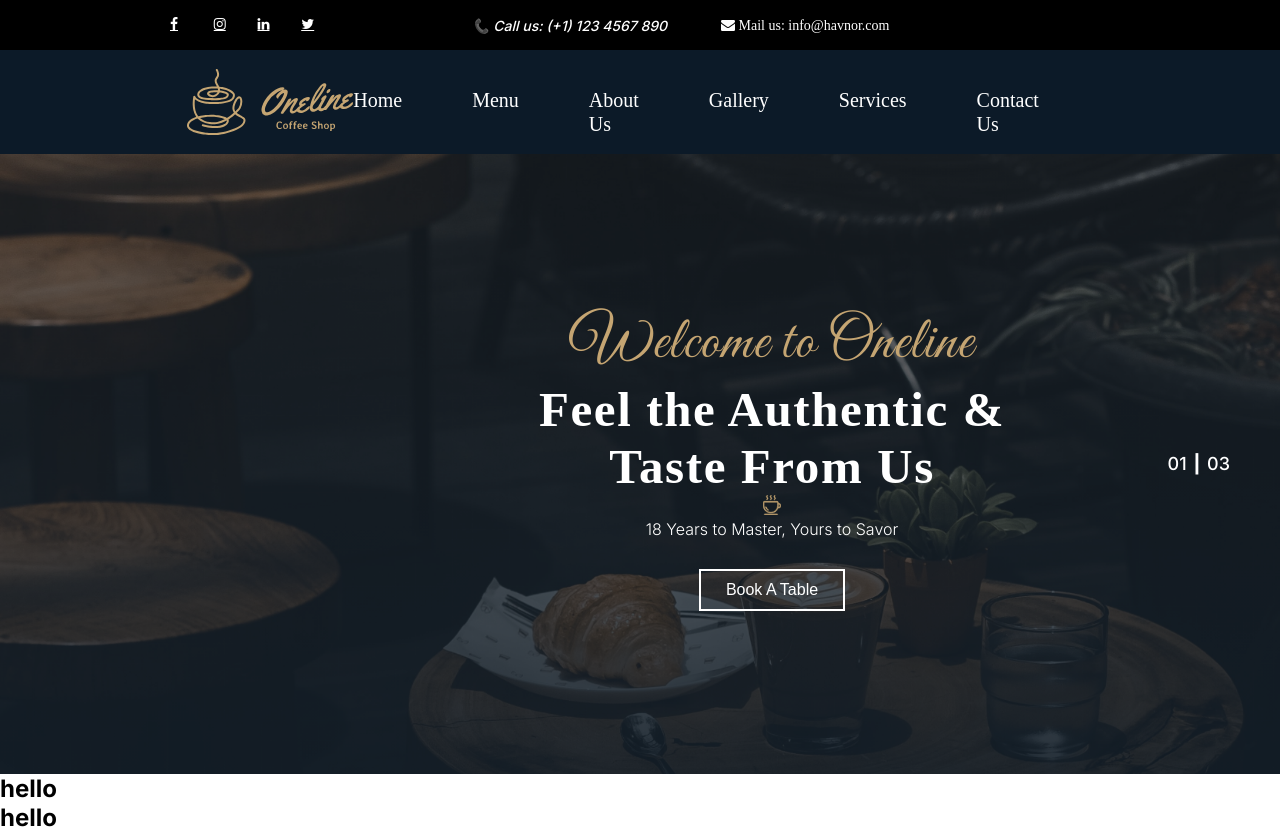
Repository: abhayzulasana/Online-Coffee-Shop
Page: index.html
An editor plug-in stored every save of this project. The page is shown before and after a run of saves, followed by the edit.
The browser window is 1280 px wide. The pictures show the whole page.

Above is the page before, as saved 2025-05-14 10:34:57.

After the next 2 saves:
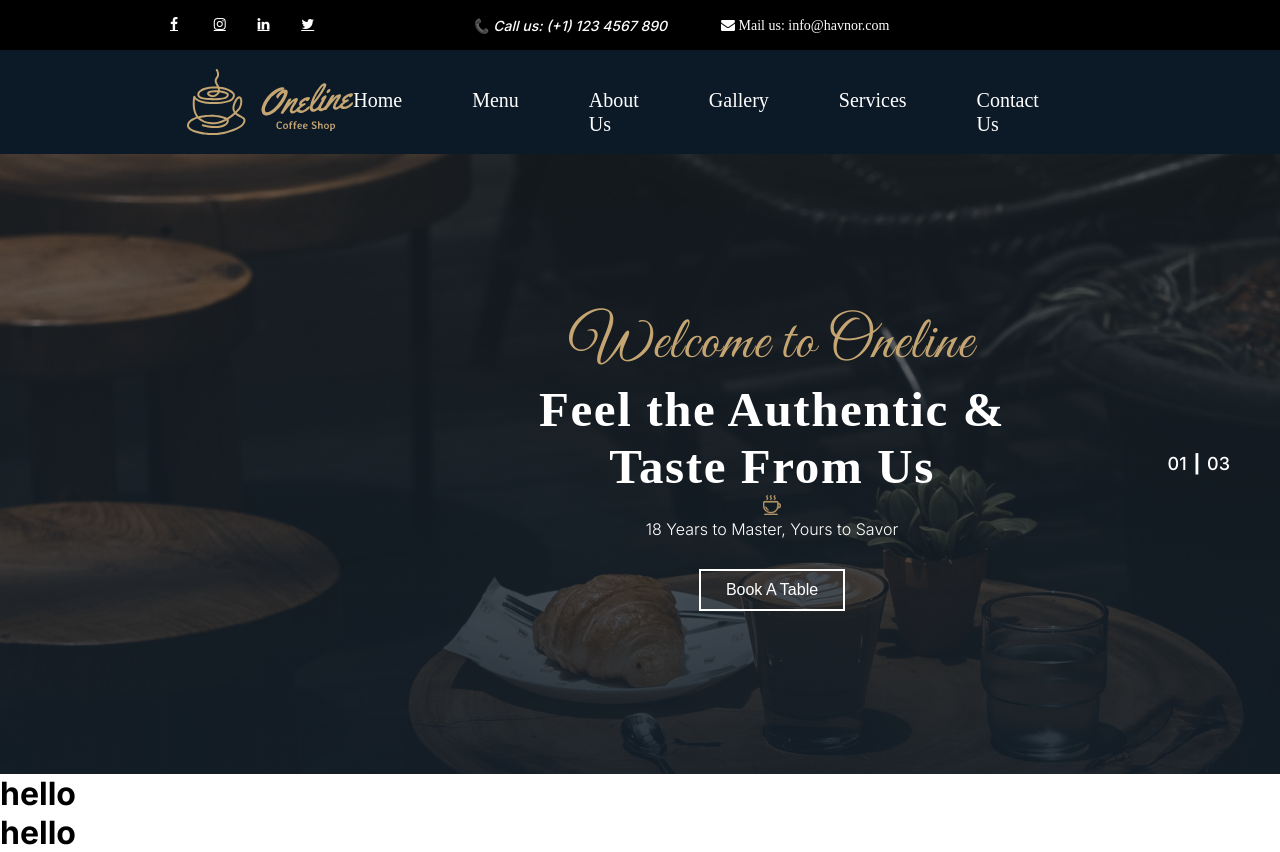
The 2 saves are shown as one change because they came seconds apart.
The last was saved 46 s later.
--- a/index.html
+++ b/index.html
@@ -61,11 +61,9 @@
       <span>03</span>
     </div>
   </section >
-  <section>
     <div class="over-story">
       <h1>hello</h1>
       <h1>hello</h1>
     </div>
-  </section>
 </body>
 </html>
